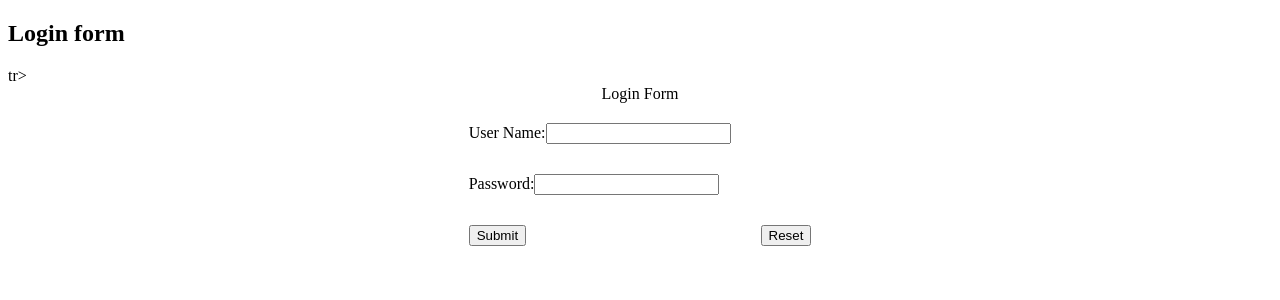
Repository: abhishek110597/Deloitte
Page: Workspace/JavaTraining/login.html
The author's editor kept a copy of each file at every save. The page is drawn from the files as they stood at one save, then again after the next save.
The browser window is 1280 px wide. The pictures show the whole page.

Above is the page before, as saved 2019-12-30 06:22:32.

After the next save:
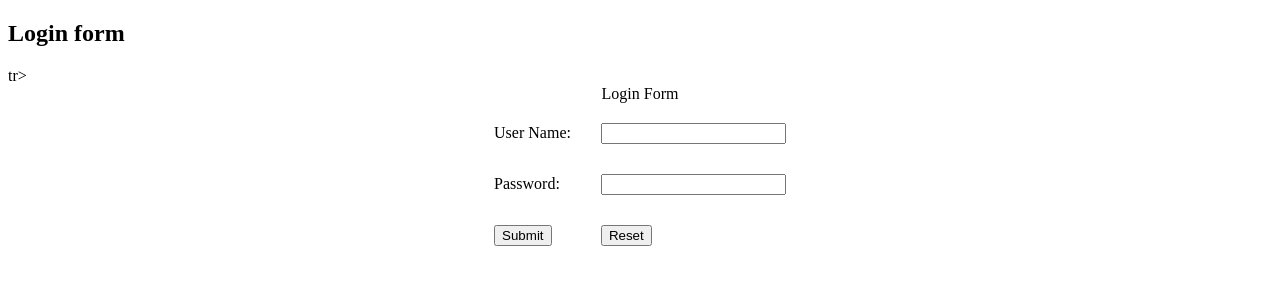
Saved 2 min 50 s later.
--- a/Workspace/JavaTraining/login.html
+++ b/Workspace/JavaTraining/login.html
@@ -10,10 +10,10 @@
 <table cellspacing="10" cellpadding="10" border="0" align="center">
 <caption>Login Form</caption>
 <tr>
-<td>User Name:<input type="text" name="username" id="username"/></td>
+<td>User Name:</td><td><input type="text" name="username" id="username"/></td>
 </tr>
 <tr>
-<td>Password:<input type="password" name="password" id="password"/></td>
+<td>Password:</td><td><input type="password" name="password" id="password"/></td>
 </tr>
 tr>
 <td><input type="submit" value="Submit" id="submit"/></td>
